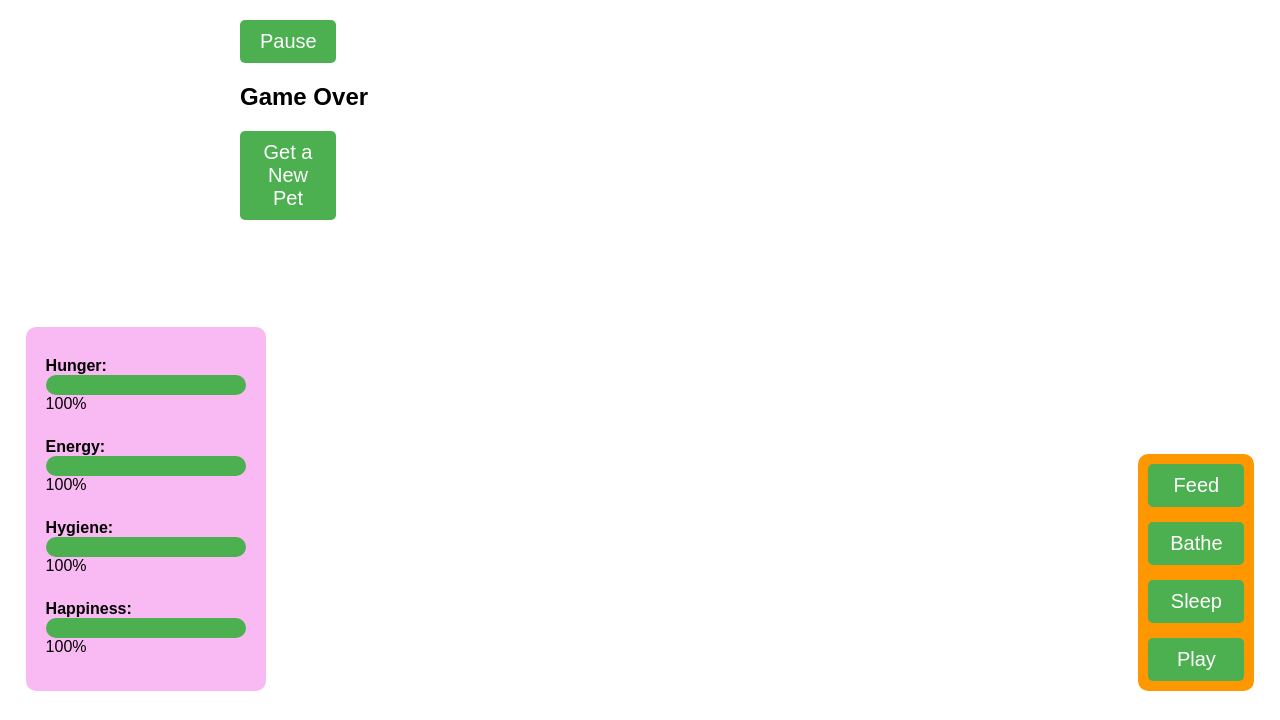
Repository: sarahjx/CapyCare
Page: html/index.html
The author's editor kept a copy of each file at every save. The page is drawn from the files as they stood at one save, then again after a run of saves.
The browser window is 1280 px wide. The pictures show the whole page.
Some web fonts or font styles are not loaded; a fallback is used.

Above is the page before, as saved 2025-04-30 17:53:35.

After the next 2 saves:
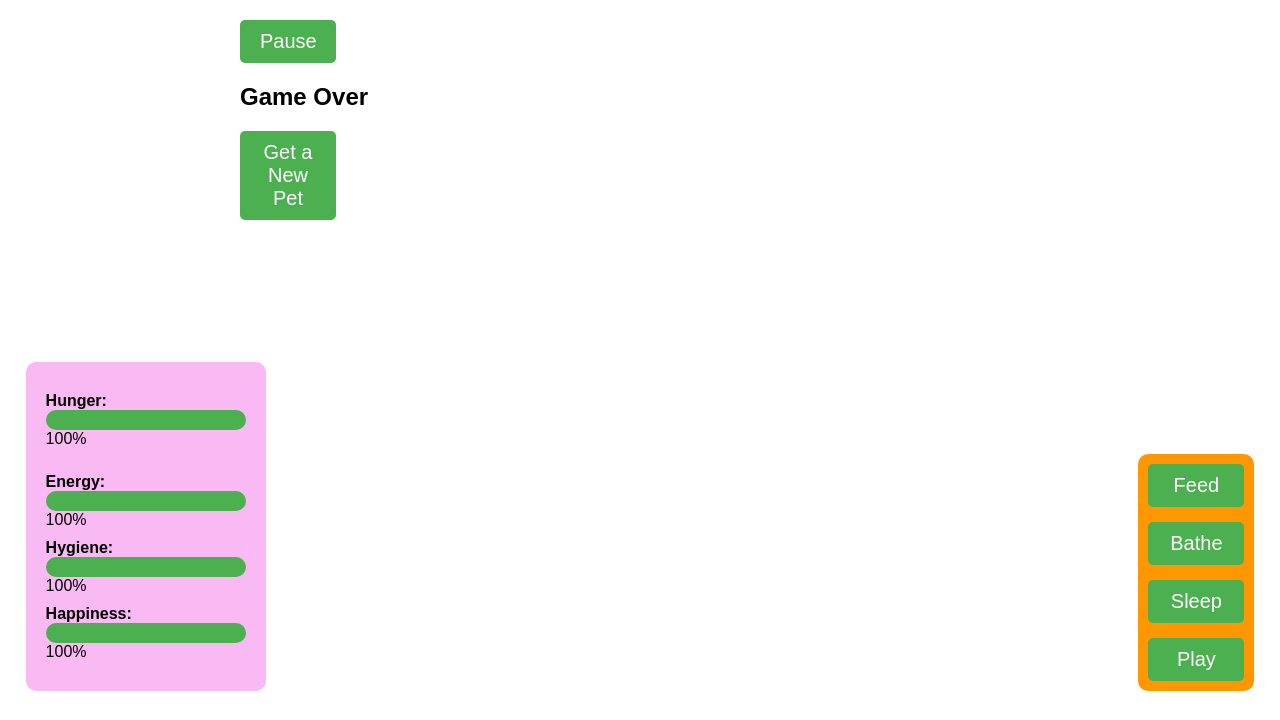
The 2 saves are shown as one change because they came seconds apart.
The last was saved 25 s later.
--- a/html/index.html
+++ b/html/index.html
@@ -15,7 +15,7 @@
     <div class="status-bar-container">
 
       <div class="status-bar">
-        <span class="hunger-icon"></span>
+        <span class="hunger-icon"><a </span>
         <span class="status-label">Hunger:</span>
         <div class="status-progress">
           <div id="hunger-bar" class="status-fill" style="width: 100%"></div>

After the save that followed:
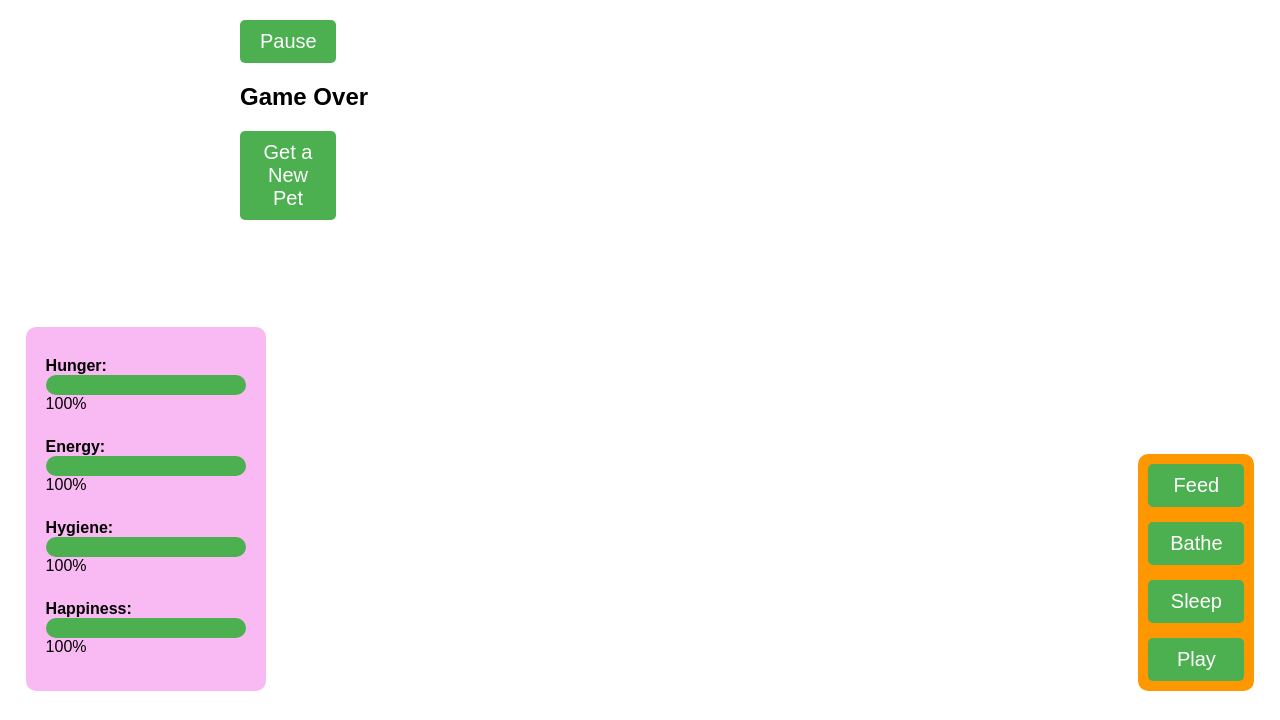
Saved 5 s later.
--- a/html/index.html
+++ b/html/index.html
@@ -15,7 +15,7 @@
     <div class="status-bar-container">
 
       <div class="status-bar">
-        <span class="hunger-icon"><a </span>
+        <span class="hunger-icon"><a></a></span>
         <span class="status-label">Hunger:</span>
         <div class="status-progress">
           <div id="hunger-bar" class="status-fill" style="width: 100%"></div>
